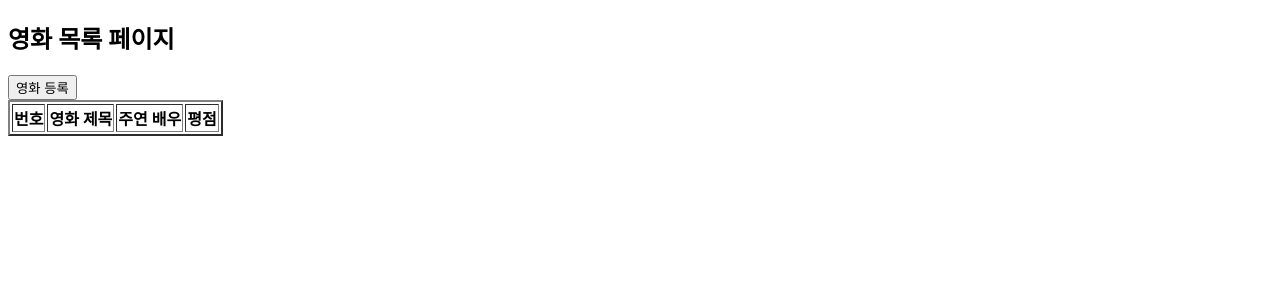
Repository: shinymusket/ideal-memory2
Page: http://localhost/homework10/MLS
These files come from the project's save history. The page is drawn as it stood at one moment and after the next save; the edit follows.
The browser window is 1280 px wide. The pictures show the whole page.
The page is served by Tomcat 9. Queries for data that is not in the repository find no rows.

Above is the page before, as saved 2022-06-17 08:27:04.

After the next save:
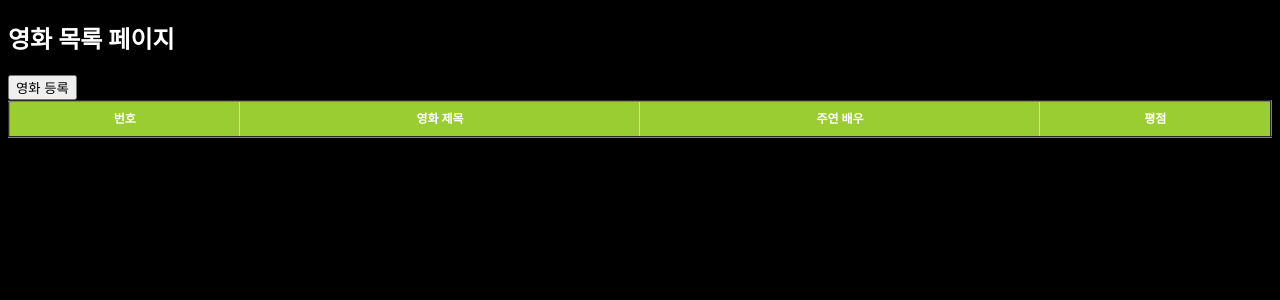
Saved 30 s later.
--- a/homework10/WebContent/movieList.jsp
+++ b/homework10/WebContent/movieList.jsp
@@ -6,6 +6,7 @@
 <head>
 <meta charset="UTF-8">
 <title>영화 목록 페이지</title>
+<link type="text/css" href="style/movie.css" rel="stylesheet">
 </head>
 <body>
 	<h2>영화 목록 페이지</h2>
